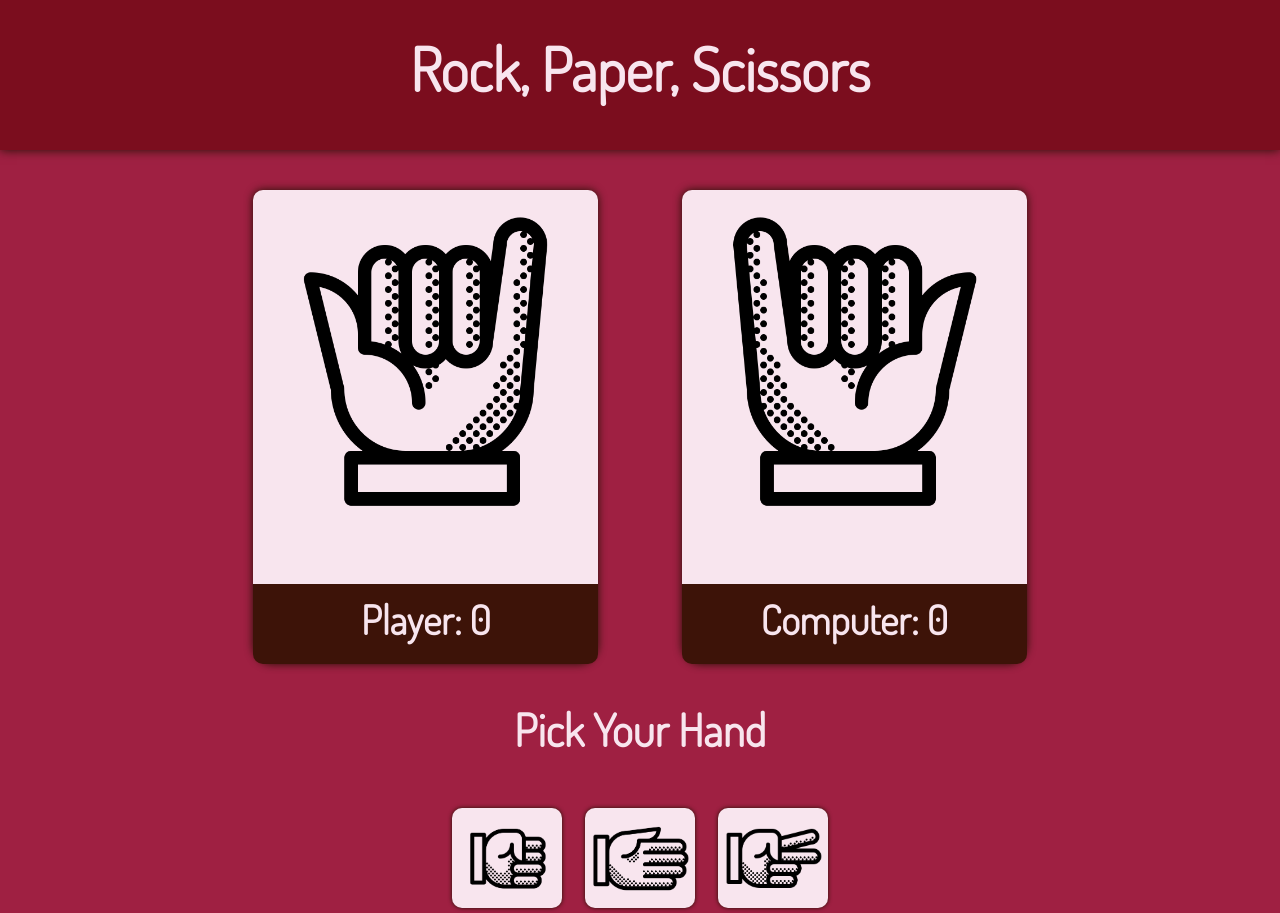
Repository: shayanabedi98/rock-paper-scissors
Page: index.html
The author's editor kept a copy of each file at every save. The page is drawn from the files as they stood at one save, then again after the next save.
The browser window is 1280 px wide. The pictures show the whole page.

Above is the page before, as saved 2023-07-14 01:51:17.

### index.html
<!DOCTYPE html>
<html lang="en">
<head>
    <meta charset="UTF-8">
    <meta name="viewport" content="width=device-width, initial-scale=1.0">
    <title>Rock, Paper, Scissors</title>
    <link rel="preconnect" href="https://fonts.googleapis.com">
    <link rel="preconnect" href="https://fonts.gstatic.com" crossorigin>
    <link href="https://fonts.googleapis.com/css2?family=Dosis:wght@300&display=swap" rel="stylesheet">
    <link rel="stylesheet" href="styles.css">
</head>
<body>
    <div class="header">
        <h1>Rock, Paper, Scissors</h1>
    </div>
    <div class="container">
        <div class="card">
            <div class="player">
                <img src="resources/startleft.png" alt="Starting image before game">
                <h3></h3>
            </div>
        </div>
        <div class="card">
            <div class="computer">
                <img src="resources/start.png" alt="Starting image before game">
                <h3></h3>
            </div>
        </div>
    </div>
    <div class="caption">
        <h2>Pick Your Hand</h2>
    </div>
    <div class="button-container">
        <button class="btn" id="rock"><img src="resources/rockleft.png" alt="rock option"></button>
        <button class="btn" id="paper"><img src="resources/paperleft.png" alt="paper option"></button>
        <button class="btn" id="scissors"><img src="resources/scissorsleft.png" alt="scissors option"></button>
    </div>
    <script src="index.js"></script>
</body>
</html>

### styles.css
body {
    font-family:'Dosis', sans-serif;
    margin: 0;
    padding: 0;
    background-color: #9F2042;
    color: #F8E5EE;
}

h1 {
    font-size: 60px;
    margin-top: 0;

}

.header {
    text-align: center;
    background-color: #7B0D1E;
    height: 120px;
    padding-top: 30px;
    box-shadow: 0 0 10px 0 #211103;
}

.caption {
    text-align: center;
    font-size: 30px;
}

.container {
    text-align: center;
    display: block;
    margin-top: 40px;
}

.card {
    display: inline-block;
    background-color: #F8E5EE;
    box-shadow: 0 0 8px 0 #211103;
    margin: 0 40px;
    border-radius: 10px 10px 20px 20px;
}

.card img {
    height: 350px;
    width: 345px;
}

.card h3 {
    font-size: 40px;
    color: #F8E5EE;
    background-color: #3D1308;
    margin-bottom: 0;
    height: 70px;
    padding-top: 10px;
    border-radius: 0  0 10px 10px;
}

.button-container {
    text-align: center;
    margin-top: 50px;
}

#rock, #paper, #scissors {
    font-family: 'Dosis', sans-serif;
    background-color: #F8E5EE;
    color: #211103;
    width: 110px;
    height: 100px;
    cursor: pointer;
    border: 0;
    border-radius: 10px;
    box-shadow: 0 0 4px 0 #211103;
    margin: 0 10px;
}

#rock img, #paper img, #scissors img {
    height: 100px;
}

#rock:hover, #paper:hover, #scissors:hover {
    box-shadow: 0 0 10px 0 #211103;
}

#rock:active, #paper:active, #scissors:active, #rock img:active, #paper img:active, #scissors img:active {
    box-shadow: none;
    height: 99px;
}

### index.js
var scoreP = 0;
var scoreC = 0;

document.querySelector('.player h3').innerHTML = 'Player: ' + scoreP;
document.querySelector('.computer h3').innerHTML = 'Computer: ' + scoreC;

var caption = document.querySelector('.caption h2');
var rock = document.querySelector('#rock');
var paper = document.querySelector('#paper');
var scissors = document.querySelector('#scissors');
var computer = document.querySelector('.computer img');
var player = document.querySelector('.player img');
var btn = document.querySelectorAll('.btn');
var playerPick;
var computerPick;

function rng() {
    return Math.floor(Math.random() * 3) + 1;
};

rock.addEventListener('click', function() {
    player.src = 'resources/rockleft.png';
    playerPick = 'rock';
});
paper.addEventListener('click', function() {
    player.src = 'resources/paperleft.png';
    playerPick = 'paper';
});
scissors.addEventListener('click', function() {
    player.src = 'resources/scissorsleft.png';
    playerPick = 'scissors';
});

for (let i = 0; i < btn.length; i ++){
    btn[i].addEventListener('click', function() {
        rng();
        if (rng() === 1) {
            computer.src = 'resources/rock.png';
            computerPick = 'rock';
        } else if (rng() === 2) {
            computer.src = 'resources/paper.png';
            computerPick = 'paper';
        } else if (rng() === 3) {
            computer.src = 'resources/scissors.png';
            computerPick = 'scissors';
        }

        if (playerPick === computerPick) {
            caption.innerHTML = 'Tie!';
        } else if (playerPick === 'rock' && computerPick === 'paper') {
            caption.innerHTML = 'Point for Computer!';
            scoreC ++;
        } else if (playerPick === 'scissors' && computerPick === 'rock') {
            caption.innerHTML = 'Point for Computer!';
            scoreC ++;
        } else if (playerPick === 'paper' && computerPick === 'scissors') {
            caption.innerHTML = 'Point for Computer!'
            scoreC ++;
        } else if (playerPick === 'rock' && computerPick === 'scissors') {
            caption.innerHTML = 'Point for Player!';
            scoreP ++;
        } else if (playerPick === 'scissors' && computerPick === 'paper') {
            caption.innerHTML = 'Point for Player!';
            scoreP ++;
        } else if (playerPick === 'paper' && computerPick === 'rock') {
            caption.innerHTML = 'Point for Player!';
            scoreP ++;
        }
    });
};

After the next save:
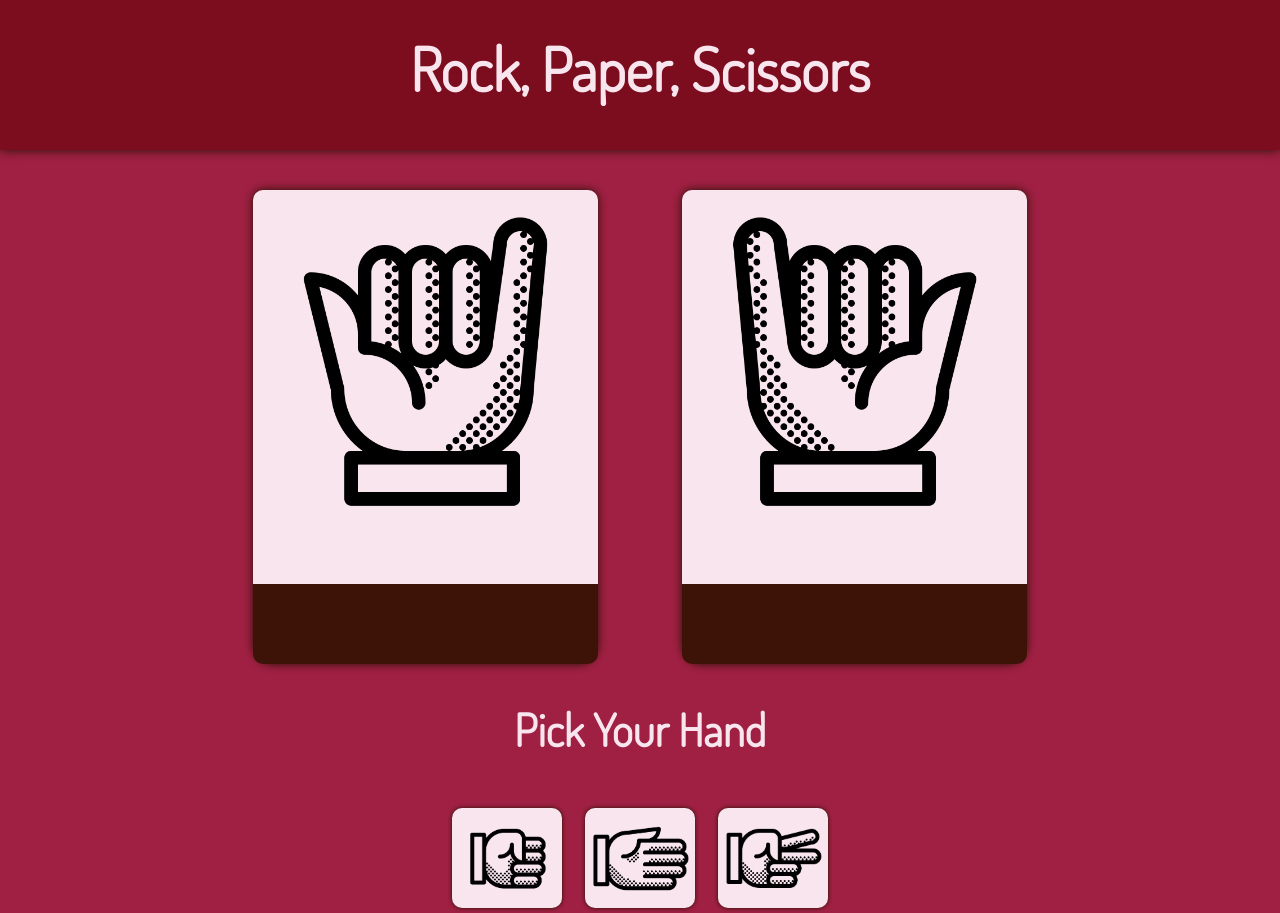
Saved 3 min 6 s later.
--- a/index.js
+++ b/index.js
@@ -1,8 +1,5 @@
 var scoreP = 0;
 var scoreC = 0;
-
-document.querySelector('.player h3').innerHTML = 'Player: ' + scoreP;
-document.querySelector('.computer h3').innerHTML = 'Computer: ' + scoreC;
 
 var caption = document.querySelector('.caption h2');
 var rock = document.querySelector('#rock');
@@ -66,5 +63,8 @@ for (let i = 0; i < btn.length; i ++){
             caption.innerHTML = 'Point for Player!';
             scoreP ++;
         }
+
+        document.querySelector('.player h3').innerHTML = 'Player: ' + scoreP;
+        document.querySelector('.computer h3').innerHTML = 'Computer: ' + scoreC;
     });
 };

After the save that followed:
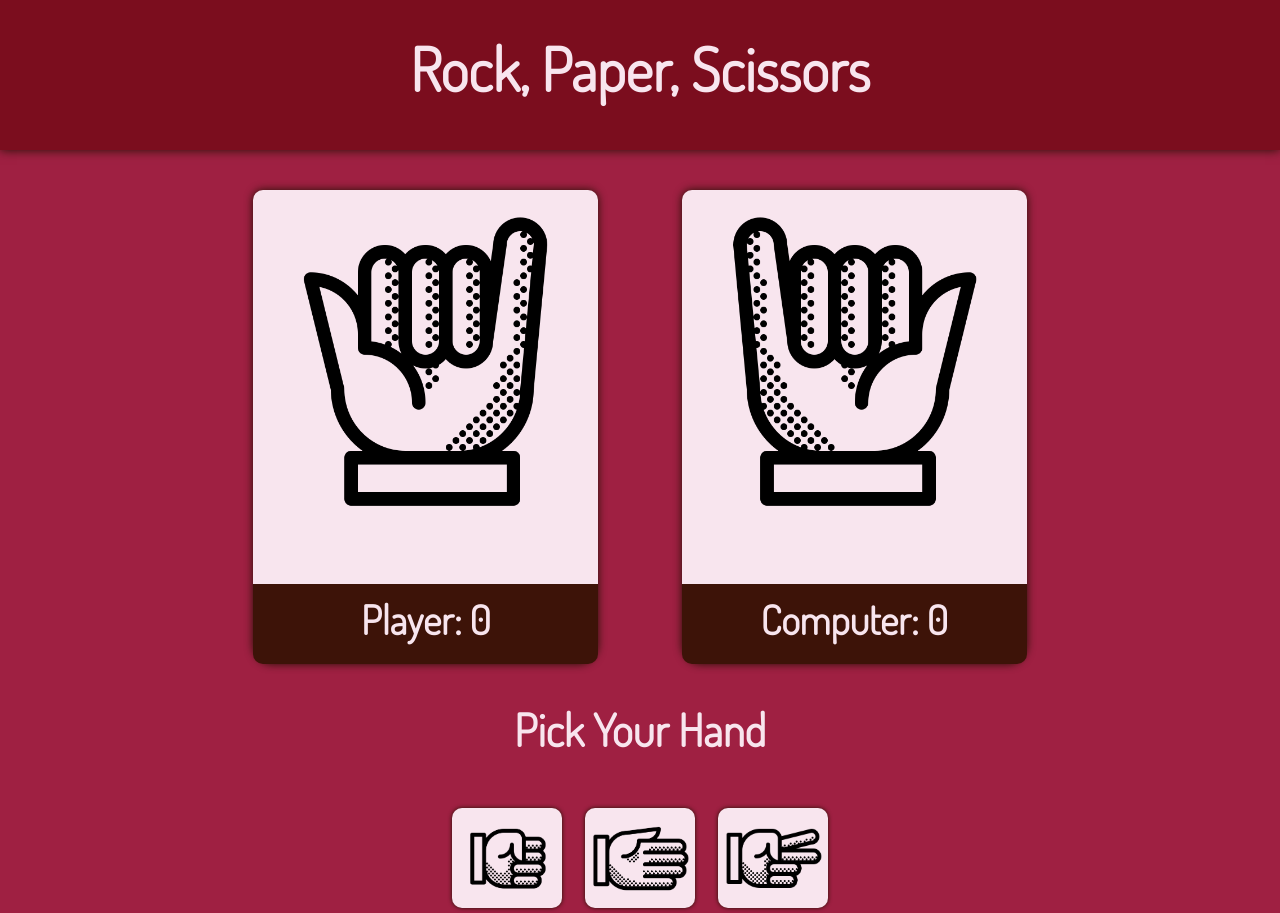
Saved 47 s later.
--- a/index.html
+++ b/index.html
@@ -17,13 +17,13 @@
         <div class="card">
             <div class="player">
                 <img src="resources/startleft.png" alt="Starting image before game">
-                <h3></h3>
+                <h3>Player: 0</h3>
             </div>
         </div>
         <div class="card">
             <div class="computer">
                 <img src="resources/start.png" alt="Starting image before game">
-                <h3></h3>
+                <h3>Computer: 0</h3>
             </div>
         </div>
     </div>
